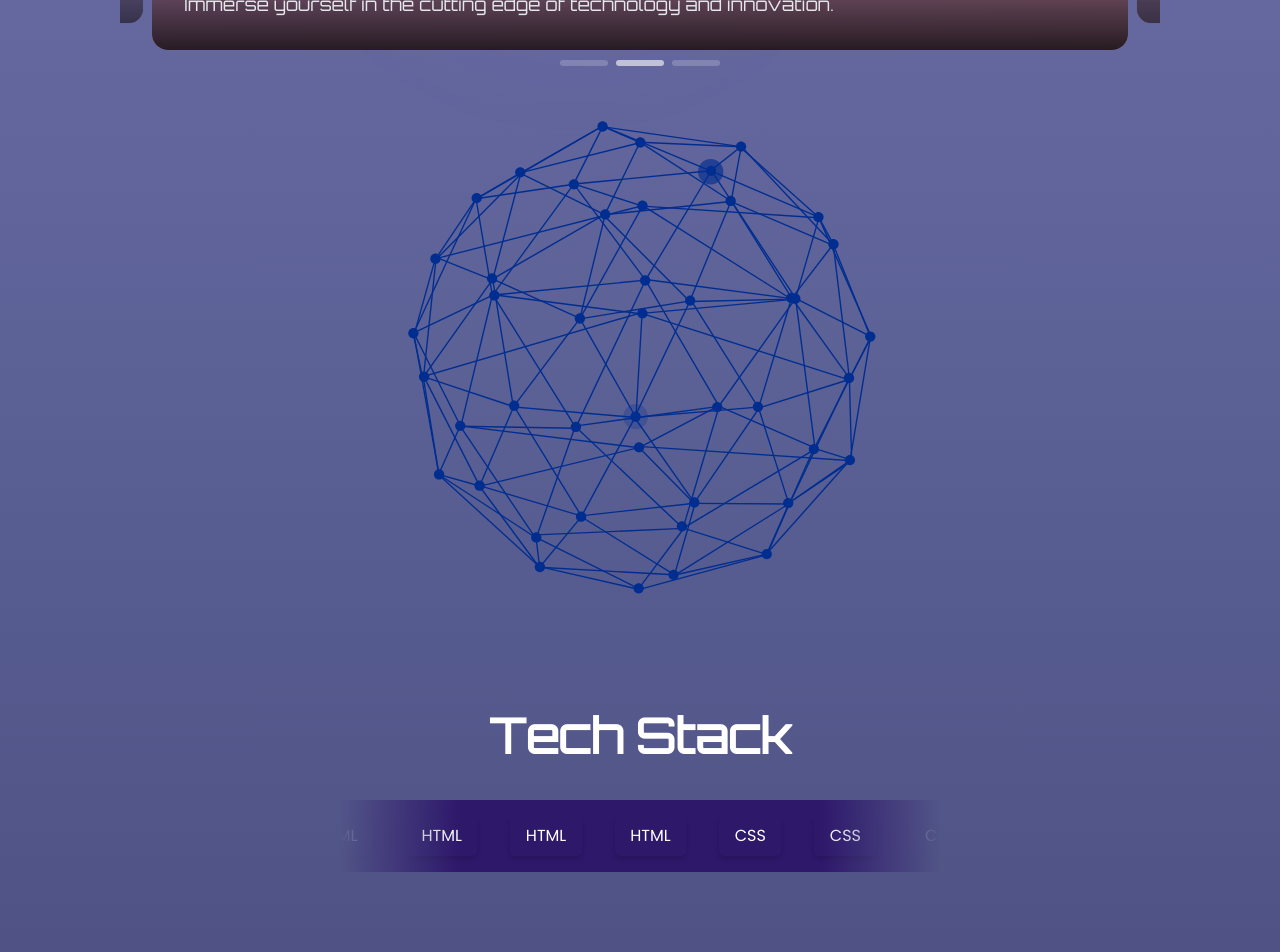
Repository: scorpios26/armel-web-dev
Page: /
These files come from the project's save history. The page is drawn as it stood at one moment and after a run of saves; the edit follows.
The browser window is 1280 px wide. The pictures show the part of the page from y = 2826 to 3778 px (the page is 3778 px tall).
Pictures or frames that could not be fetched are drawn as grey boxes. The project was rebuilt for these pictures with package versions that can differ from the ones it lists, and the page was loaded fresh each time. Also part of the build but not shown: vite.config.js, src/App.css.

Above is the page before, as saved 2025-11-26 22:02:21.

### index.html
<!doctype html>
<html lang="en">
  <head>
    <meta charset="UTF-8" />
    <link rel="icon" type="image/svg+xml" href="/vite.svg" />
    <meta name="viewport" content="width=device-width, initial-scale=1.0" />
    <title>myportfolio</title>
    <!-- inside index.html -->
    <script type="module" src="https://unpkg.com/@splinetool/viewer@1.10.80/build/spline-viewer.js"></script>

  </head>
  <body>
    <div id="root"></div>
    <script type="module" src="/src/main.jsx"></script>
  </body>
</html>

### src/index.css
@import url('https://fonts.googleapis.com/css2?family=Poppins:wght@300;400;500;600;700&display=swap');
@import "tailwindcss";

/* Custom Orbitron Font */
@font-face {
  font-family: 'Orbitron';
  src: url('../src/assets/fonts/Orbitron-Regular.ttf') format('truetype');
  font-style: normal;
  font-display: swap;
}

@theme{
  --font-orbitron: Orbitron, "sans-serif";
}

:root {
  font-family: 'Poppins', system-ui, Avenir, Helvetica, Arial, sans-serif;
  scroll-behavior: smooth;
}

.dark-gradient {
  background-image: linear-gradient(
    to top,
    #505285 0%,
    #585e92 12%,
    #65689f 25%,
    #7474b0 37%,
    #7e7ebb 50%,
    #8389c7 62%,
    #9795d4 75%,
    #a2a1dc 87%,
    #b5aee4 100%
  );
  background-repeat: no-repeat;
  background-size: cover;
}
.light-gradient {
  background-image: linear-gradient(135deg, #f5f7fa 0%, #c3cfe2 100%);
  background-repeat: no-repeat;
  background-size: cover;
}

body {
  margin: 0;
  min-width: 320px;
  min-height: 100vh;
}

.carousel-container {
  perspective: 1000px;
  touch-action: pan-y pinch-zoom;
}

.carousel-track {
  transform-style: preserve-3d;
}

.carousel-item {
  backface-visibility: hidden;
  transition: all 0.5s cubic-bezier(0.23, 1, 0.32, 1);
}

.carousel-item.active {
  opacity: 1;
  transform: scale(1) translateZ(0);
}

@media (max-width: 640px) {
  .carousel-item.prev {
    opacity: 0;
    transform: scale(0.8) translateX(-50%) translateZ(-100px);
  }
  .carousel-item.next {
    opacity: 0;
    transform: scale(0.8) translateX(50%) translateZ(-100px);
  }
}

@media (min-width: 641px) {
  .carousel-item.prev {
    opacity: 0.7;
    transform: scale(0.9) translateX(-100%) translateZ(-100px);
  }
  .carousel-item.next {
    opacity: 0.7;
    transform: scale(0.9) translateX(100%) translateZ(-100px);
  }
}

.carousel-item.hidden {
  opacity: 0;
  transform: scale(0.8) translateZ(-200px);
}

.nav-button {
  transition: all 0.3s;
  background: rgba(255, 255, 255, 0.1);
  backdrop-filter: blur(8px);
  -webkit-backdrop-filter: blur(8px);
}

@media (hover: hover) {
  .nav-button:hover {
    background: rgba(255, 255, 255, 0.2);
    transform: scale(1.1);
  }
}

.nav-button:active {
  transform: scale(0.95);
}

/* Progress bar */
.progress-bar {
  transition: width 0.5s cubic-bezier(0.23, 1, 0.32, 1);
}

.tag-list {
  margin: 0;
  padding-inline: 0;
  list-style: none;
}

.tag-list li {
  padding: 1rem;
  background: var(--clr-primary-400);
  border-radius: 0.5rem;
  box-shadow: 0 0.5rem 1rem -0.25rem var(--clr-primary-900);
}
:root {
  --clr-neutral-100: hsl(0, 0%, 100%);
  --clr-primary-100: hsl(205, 15%, 58%);
  --clr-primary-400: hsl(215, 25%, 27%);
  --clr-primary-800: hsl(217, 33%, 17%);
  --clr-primary-900: hsl(218, 33%, 9%);
}

.scroller {
  max-width: 600px;
}

.scroller__inner {
  padding-block: 1rem;
  display: flex;
  flex-wrap: wrap;
  gap: 1rem;
}

.scroller[data-animated="true"] {
  overflow: hidden;
  -webkit-mask: linear-gradient(
    90deg,
    transparent,
    white 20%,
    white 80%,
    transparent
  );
  mask: linear-gradient(90deg, transparent, white 20%, white 80%, transparent);
}

.scroller[data-animated="true"] .scroller__inner {
  width: max-content;
  flex-wrap: nowrap;
  animation: scroll var(--_animation-duration, 10s)
    var(--_animation-direction, forwards) linear infinite;
}

.scroller[data-direction="right"] {
  --_animation-direction: reverse;
}

.scroller[data-direction="left"] {
  --_animation-direction: forwards;
}

.scroller[data-speed="fast"] {
  --_animation-duration: 20s;
}

.scroller[data-speed="slow"] {
  --_animation-duration: 60s;
}
.scroller__inner {
  animation-play-state: running;
}

.scroller__inner:hover {
  animation-play-state: paused;
}

@keyframes scroll {
  to {
    transform: translateX(-50%);
  }
}

### src/ThemeToggle.jsx
import React, { useEffect } from "react";

function ThemeToggle({ isDarkMode, onToggle }) {
  // Apply theme change when `isDarkMode` changes
  useEffect(() => {
    if (isDarkMode) {
      document.documentElement.classList.add("dark");
      localStorage.setItem("theme", "dark");
    } else {
      document.documentElement.classList.remove("dark");
      localStorage.setItem("theme", "light");
    }
  }, [isDarkMode]);

  const darkIcon = (
    <svg xmlns="http://www.w3.org/2000/svg" fill="none" viewBox="0 0 24 24" stroke="currentColor">
      <path
        strokeLinecap="round"
        strokeLinejoin="round"
        strokeWidth="2"
        d="M20.354 15.354A9 9 0 018.646 3.646 9.003 9.003 0 0012 21a9.003 9.003 0 008.354-5.646z"
      />
    </svg>
  );

  const lightIcon = (
    <svg xmlns="http://www.w3.org/2000/svg" fill="none" viewBox="0 0 24 24" stroke="currentColor">
      <path
        strokeLinecap="round"
        strokeLinejoin="round"
        strokeWidth="2"
        d="M12 3v1m0 16v1m9-9h-1M4 12H3m15.364 6.364l-.707-.707M6.343 6.343l-.707-.707m12.728 0l-.707.707M6.343 17.657l-.707.707M16 12a4 4 0 11-8 0 4 4 0 018 0z"
      />
    </svg>
  );

  return (
    <button
      onClick={onToggle}
      className="w-20 h-8 rounded-full bg-white flex items-center transition duration-400 focus:outline-none shadow"
    >
      <div
        className={`w-10 h-10 relative rounded-full transition-all duration-500 transform p-1 text-white
          ${isDarkMode ? "bg-gray-700 translate-x-full" : "bg-yellow-500 -translate-x-2"}`}
      >
        <div className="w-full h-full flex items-center justify-center">
          {isDarkMode ? darkIcon : lightIcon}
        </div>
      </div>
    </button>
  );
}

export default ThemeToggle;

### src/assets/components/ProjectCarousel.jsx
import { useState, useEffect, useRef } from "react";

export default function ProjectCarousel() {
  const [current, setCurrent] = useState(0);
  const slides = [
    {
      title: "Digital Prism",
      desc: "Where geometry meets art in a stunning display of light and form.",
      img: "https://images.unsplash.com/photo-1515462277126-2dd0c162007a?auto=format&fit=crop&q=80",
      gradient: "from-violet-500/40 to-purple-500/40",
    },
    {
      title: "Tech Haven",
      desc: "Immerse yourself in the cutting edge of technology and innovation.",
      img: "https://images.unsplash.com/photo-1550745165-9bc0b252726f?auto=format&fit=crop&q=80",
      gradient: "from-fuchsia-500/40 to-pink-500/40",
    },
    {
      title: "Neural Dreams",
      desc: "AI-generated masterpieces that blur the line between human and machine creativity.",
      img: "https://images.unsplash.com/photo-1614850523459-c2f4c699c52e?auto=format&fit=crop&q=80",
      gradient: "from-pink-500/40 to-rose-500/40",
    },
  ];

  const autoTimer = useRef(null);

  const nextSlide = () => setCurrent((prev) => (prev + 1) % slides.length);
  const prevSlide = () =>
    setCurrent((prev) => (prev - 1 + slides.length) % slides.length);

  // Auto-advance slides
  useEffect(() => {
    autoTimer.current = setInterval(nextSlide, 5000);
    return () => clearInterval(autoTimer.current);
  }, []);

  const handleIndicatorClick = (index) => {
    setCurrent(index);
    clearInterval(autoTimer.current);
  };

  return (
    <section id="projects" className="relative w-full max-w-6xl mx-auto">
        <h2 className="text-4xl lg:text-5xl font-bold mb-25 font-orbitron">
            Projects
        </h2>
    <div className="relative w-full max-w-6xl mx-auto carousel-container">
      {/* Background */}
        <div className="absolute inset-0 -z-10">
        <div className="absolute inset-0"></div>
        <div className="absolute top-1/4 left-1/4 w-48 h-48 sm:w-96 sm:h-96 bg-violet-500/10 rounded-full blur-3xl"></div>
        <div className="absolute bottom-1/4 right-1/4 w-48 h-48 sm:w-96 sm:h-96 bg-fuchsia-500/10 rounded-full blur-3xl"></div>
        </div>

      {/* Progress bar */}
      <div className="absolute top-0 left-0 right-0 h-1 bg-white/10 rounded-full overflow-hidden z-20">
        <div
          className="progress-bar absolute top-0 left-0 h-full bg-gradient-to-r from-violet-500 to-fuchsia-500"
          style={{ width: `${((current + 1) / slides.length) * 100}%` }}
        />
      </div>

      {/* Buttons */}
      <button
        onClick={prevSlide}
        className="nav-button absolute left-2 sm:left-4 top-1/2 -translate-y-1/2 w-10 h-10 sm:w-12 sm:h-12 rounded-full flex items-center justify-center text-white z-20"
      >
        <svg
          className="w-5 h-5 sm:w-6 sm:h-6"
          fill="none"
          stroke="currentColor"
          viewBox="0 0 24 24"
        >
          <path strokeLinecap="round" strokeLinejoin="round" strokeWidth="2" d="M15 19l-7-7 7-7" />
        </svg>
      </button>

      <button
        onClick={nextSlide}
        className="nav-button absolute right-2 sm:right-4 top-1/2 -translate-y-1/2 w-10 h-10 sm:w-12 sm:h-12 rounded-full flex items-center justify-center text-white z-20"
      >
        <svg
          className="w-5 h-5 sm:w-6 sm:h-6"
          fill="none"
          stroke="currentColor"
          viewBox="0 0 24 24"
        >
          <path strokeLinecap="round" strokeLinejoin="round" strokeWidth="2" d="M9 5l7 7-7 7" />
        </svg>
      </button>

      {/* Slides */}
      <div className="carousel-track relative h-[400px] sm:h-[500px] md:h-[600px] overflow-hidden">
        {slides.map((slide, index) => {
          let stateClass = "hidden";
          if (index === current) stateClass = "active";
          else if (index === (current + 1) % slides.length) stateClass = "next";
          else if (index === (current - 1 + slides.length) % slides.length) stateClass = "prev";

          return (
            <div
              key={index}
              className={`carousel-item ${stateClass} absolute top-0 left-0 w-full h-full`}
            >
              <div className="w-full h-full p-4 sm:p-8">
                <div className="w-full h-full rounded-xl sm:rounded-2xl overflow-hidden relative group">
                  <img
                    src={slide.img}
                    alt={slide.title}
                    className="absolute inset-0 w-full h-full object-cover transition-transform duration-500 group-hover:scale-110"
                  />
                  <div className={`absolute inset-0 bg-gradient-to-br ${slide.gradient} mix-blend-overlay`} />
                  <div className="absolute inset-x-0 bottom-0 p-4 sm:p-8 bg-gradient-to-t from-black/80 via-black/40 to-transparent text-left font-orbitron">
                    <h3 className="text-white text-xl sm:text-2xl md:text-3xl font-bold mb-2 sm:mb-3">
                      {slide.title}
                    </h3>
                    <p className="text-gray-200 text-sm sm:text-base md:text-lg max-w-2xl font-orbitron">
                      {slide.desc}
                    </p>
                  </div>
                </div>
              </div>
            </div>
          );
        })}
      </div>

      {/* Indicators */}
      <div className="absolute bottom-2 sm:bottom-4 left-1/2 -translate-x-1/2 flex gap-1 sm:gap-2 z-20">
        {slides.map((_, index) => (
          <button
            key={index}
            onClick={() => handleIndicatorClick(index)}
            className={`w-8 sm:w-12 h-1 sm:h-1.5 rounded-full transition-colors ${
              index === current ? "bg-white/60" : "bg-white/20 hover:bg-white/40"
            }`}
          ></button>
        ))}
      </div>
    </div>
    </section>
  );
}

### src/assets/components/TechCarousel.jsx
import React, { useEffect, useRef } from "react";

export default function TechCarousel() {
  const scrollerRef = useRef(null);

  useEffect(() => {
    if (window.matchMedia("(prefers-reduced-motion: reduce)").matches) return;

    const scroller = scrollerRef.current;
    if (!scroller) return;

    scroller.setAttribute("data-animated", "true");

    const scrollerInner = scroller.querySelector(".scroller__inner");
    const scrollerContent = Array.from(scrollerInner.children);

    scrollerContent.forEach((item) => {
      for (let i = 0; i < 2; i++) {
        const duplicatedItem = item.cloneNode(true);
        duplicatedItem.setAttribute("aria-hidden", "true");
        scrollerInner.appendChild(duplicatedItem);
      }
    });
  }, []);

  return (
    <section id="stack" className="py-20 S text-white flex flex-col items-center">
      <h2 className="text-4xl lg:text-5xl font-bold text-center mb-10 font-orbitron">Tech Stack</h2>
      <div ref={scrollerRef} className="scroller overflow-hidden w-full flex justify-center">
        <ul className="scroller__inner flex w-max space-x-4 bg-[#2E186A]">
  {["HTML", "CSS", "JS", "Laravel", "ReactJS"].map((tech) => (
    <li
      key={`first-${tech}`}
      className="px-4 py-2 bg-primary-400 rounded-md shadow-md transition-transform duration-300 hover:scale-110"
    >
      {tech}
    </li>
  ))}
  {["HTML", "CSS", "JS", "Laravel", "ReactJS"].map((tech) => (
    <li
      key={`second-${tech}`}
      className="px-4 py-2 bg-primary-400 rounded-md shadow-md transition-transform duration-300 hover:scale-110"
      aria-hidden="true"
    >
      {tech}
    </li>
  ))}
</ul>
      </div>
    </section>
  );
}

Loaded but not shown: src/main.jsx (common file); src/assets/Technology_Network.json (1 lines, source omitted); src/assets/Developer.json (1 lines, source omitted); src/assets/Developer2.0.json (1 lines, source omitted); src/App.jsx (344 lines, source omitted)

After the next 2 saves:
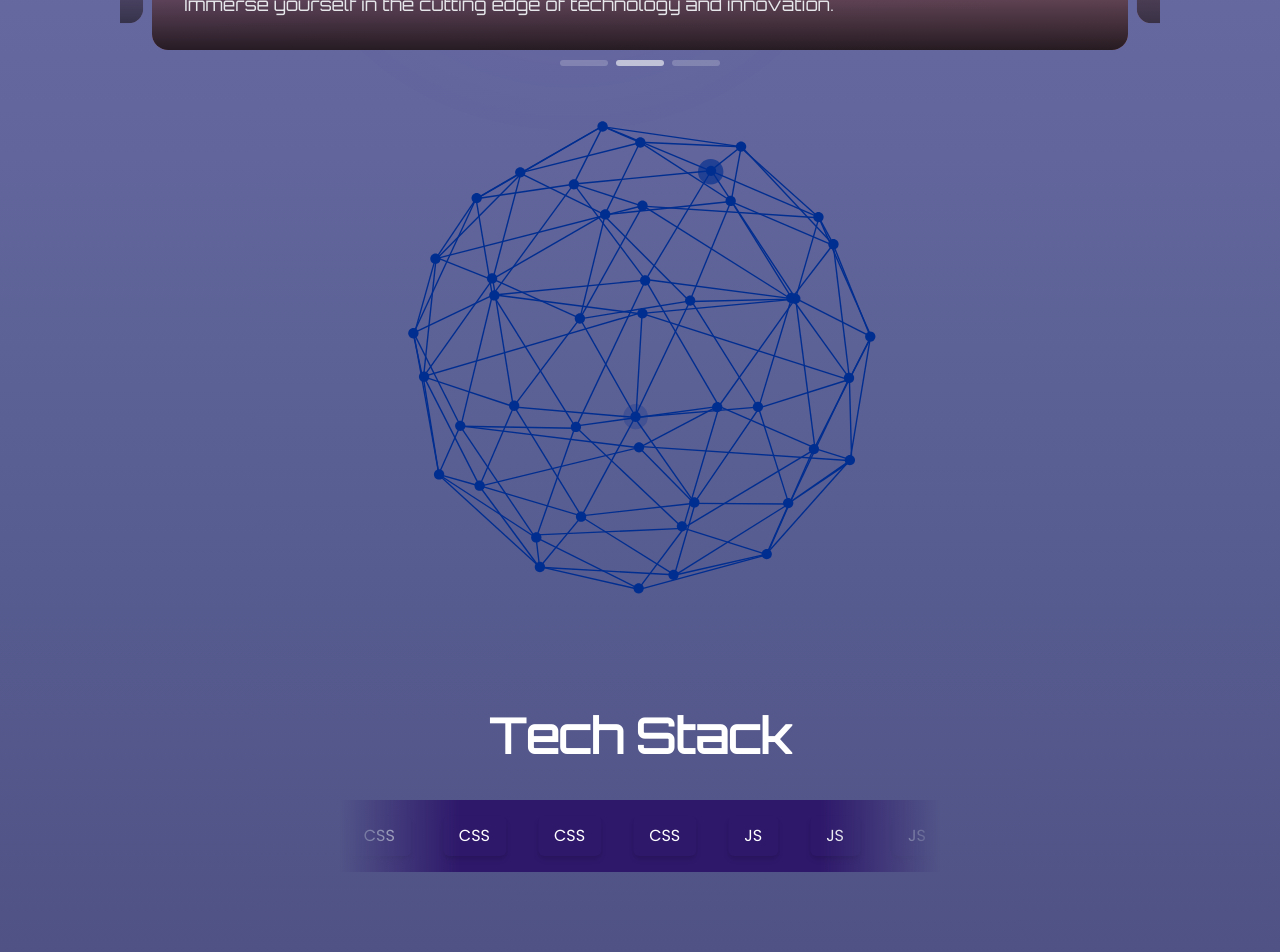
The 2 saves are shown as one change because they came seconds apart.
The last was saved 46 s later.
--- a/src/index.css
+++ b/src/index.css
@@ -161,7 +161,7 @@ body {
 .scroller[data-animated="true"] .scroller__inner {
   width: max-content;
   flex-wrap: nowrap;
-  animation: scroll var(--_animation-duration, 10s)
+  animation: scroll var(--_animation-duration, 5s)
     var(--_animation-direction, forwards) linear infinite;
 }
 
